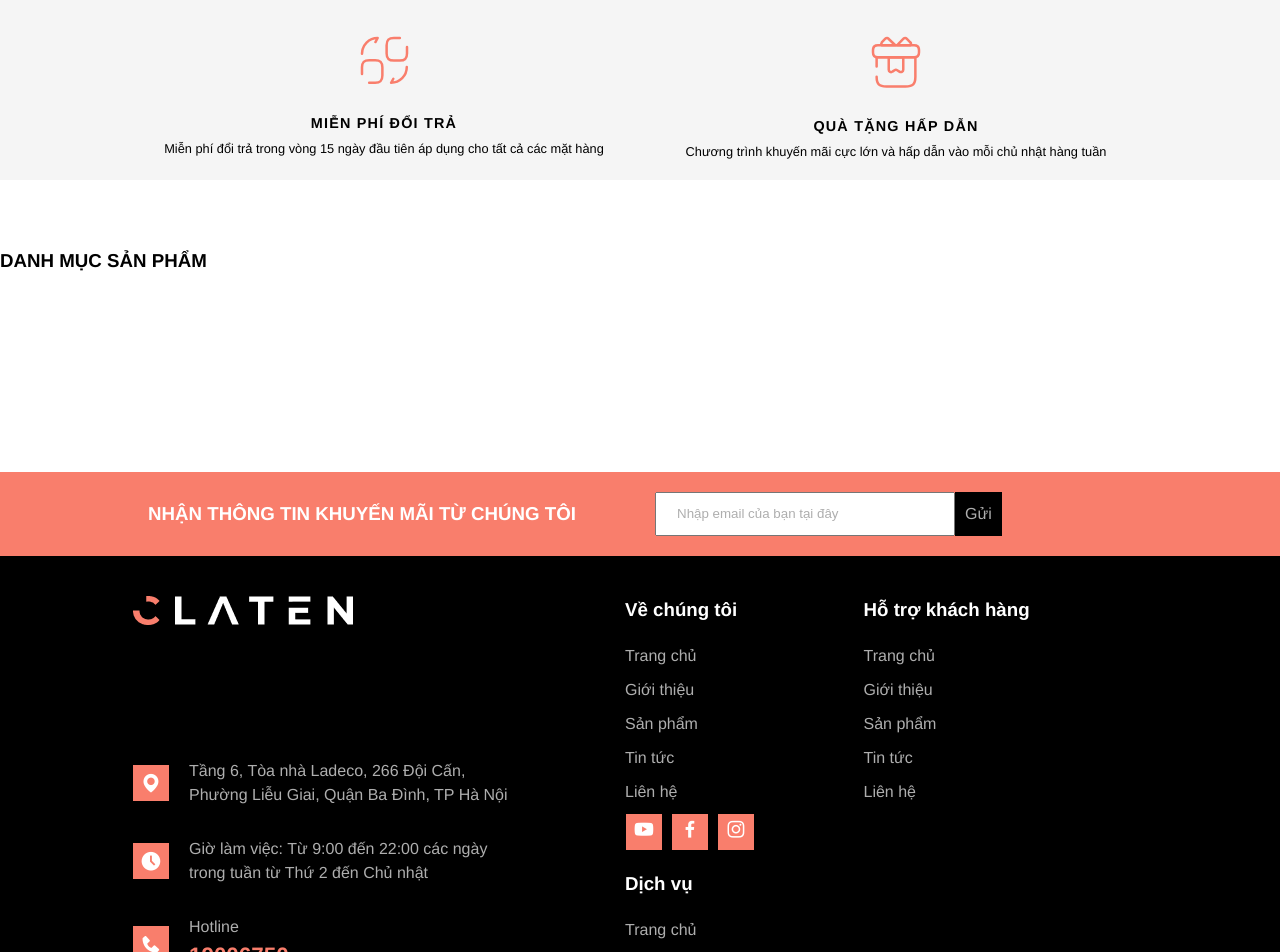
Repository: RennoPMXK/doan
Page: index.html
An editor plug-in stored every save of this project. The page is shown before and after the next save, followed by the edit.
The browser window is 1280 px wide. The pictures show the part of the page from y = 715 to 1667 px (the page is 1813 px tall before and 1818 px after).

Above is the page before, as saved 2021-11-16 20:21:16.

### index.html
<!DOCTYPE html>
<html lang="en">
<head>
    <meta charset="UTF-8">
    <meta http-equiv="X-UA-Compatible" content="IE=edge">
    <meta name="viewport" content="width=device-width, initial-scale=1.0">
    <title>Document</title>
    <link rel="stylesheet" href="./grid.css">
    <link rel="stylesheet" href="./style.css">
    <link rel="stylesheet" href="./responsible.css">
    <link href='https://unpkg.com/boxicons@2.0.9/css/boxicons.min.css' rel='stylesheet'>
</head>
<body>
    <div class="navbar">
        <div class="navbar-wrapper">
            <a class="logo">
                <img src="./img/logo.png" alt="">
            </a>

            <div class="navbar-menu mobile-menu">
                <i class='bx bx-x mobile-close-icon'></i>
                <li class="navbar-menu-item"><a class = 'active' href="#">Trang chủ</a></li>
                <li class="navbar-menu-item"><a href="#">Giới thiệu</a></li>
                <li class="navbar-menu-item"><a href="#">Sản phẩm <i class='bx bxs-down-arrow navbar-menu-icon'></i></a>
                    <ul class="navbar-sub-menu">
                        <li class="navbar-sub-menu-item"><a href="">Đồng hồ nam</a></li>
                        <li class="navbar-sub-menu-item"><a href="">Đồng hồ nữ</a></li>
                        <li class="navbar-sub-menu-item"><a href="">Đồng hồ mới về</a></li>
                        <li class="navbar-sub-menu-item"><a href="">Phụ kiện nam</a></li>
                        <li class="navbar-sub-menu-item"><a href="">Phụ kiện nữ</a></li>
                    </ul>
                </li>
                <li class="navbar-menu-item"><a href="#">Tin tức</a></li>
                <li class="navbar-menu-item"><a href="#">Liên hệ</a></li>
            </div>

            <div class="navbar-icon">
                 <li class="navbar-icon-item"><a href=""><i class='bx bx-search-alt'></i></a></li>
                 <li class="navbar-icon-item"><a href=""><i class='bx bx-user'></i></a></li>
                 <li class="navbar-icon-item"><a href="#"><i class='bx bx-shopping-bag bx-tada ' ></i></a></li>
                 <li class="navbar-icon-item"><a href="#"><i class='bx bx-menu-alt-right menu-icon'></i></a></li>

            </div>
        </div>
        <div class="modal"></div>
    </div>

    <div class="hero-section">

             <div class="bgimg slide-item fade" style="background-image: url(./img/1a\(32\).jpg)">
                 <div class="caption">
                     <h2 class="top-down delay-2">
                        ĐỒNG HỒ ROLEX

                     </h2>

                     <p class="top-down delay-4">
                       Lorem ipsum dolor sit amet consectetur adipisicing elit. Aut eligendi voluptates enim tempora cupiditate ex minus aperiam impedit maxime nam. Sunt neque amet veniam vitae adipisci impedit aliquam officia hic.
                     </p>

                     <button class="top-down delay-6">
                         MUA NGAY
                     </button>
                 </div>

             </div>


             <div class="bgimg slide-item fade" style="background-image: url(./img/dong-ho-thoi-trang-rolex-banner.jpg)">
                <div class="caption">
                    <h2>
                        ĐỒNG HỒ ROLEX
                    </h2>

                    <p>
                        Lorem ipsum dolor sit amet consectetur adipisicing elit. Aut eligendi voluptates enim tempora cupiditate ex minus aperiam impedit maxime nam. Sunt neque amet veniam vitae adipisci impedit aliquam officia hic.
                    </p>

                    <button>
                        MUA NGAY
                    </button>
                </div>

             </div>


             <div class="bgimg slide-item fade" style="background-image: url(./img/Banchay_Longines_banner-1024x427.jpg)">
                <div class="caption">
                    <h2>
                        ĐỒNG HỒ ROLEX
                    </h2>

                    <p>
                        Lorem ipsum dolor sit amet consectetur adipisicing elit. Aut eligendi voluptates enim tempora cupiditate ex minus aperiam impedit maxime nam. Sunt neque amet veniam vitae adipisci impedit aliquam officia hic.
                    </p>

                    <button>
                        MUA NGAY
                    </button>
                </div>

             </div>


             <div class="slide-control">
                <div class="slide-control-wrapper">
                    <span class="dot" onclick="chooseSlide(0)"></span>
                    <span class="dot"  onclick="chooseSlide(1)"></span>
                    <span class="dot" onclick="chooseSlide(2)" ></span>

                </div>
             </div>

    </div>

    <div class="hero-section-mini ">
        <div class="container row">
            <div class="hero-section-mini-item col-3 col-md-6 col-sm-6">
                <img src="./img/icon_service_1.svg" alt="">
                 <h3>VẬN CHUYỂN TOÀN CẦU</h3>
                 <p>Chúng tôi miễn phí vận chuyển tất cả đơn hàng trị giá trên 2.000.000Đ</p>
            </div>

            <div class="hero-section-mini-item col-3 col-md-6 col-sm-6">
               <img src="./img/icon_service_2.svg" alt="">
                <h3>HỖ TRỢ ONLINE 24/24</h3>
                <p>Chúng tôi luôn hỗ trợ khách hàng 24/24 tất cả ngày trong tuần</p>
           </div>

           <div class="hero-section-mini-item col-3 col-md-6 col-sm-6">
               <img src="./img/icon_service_3.svg" alt="">
                <h3>MIỄN PHÍ ĐỔI TRẢ</h3>
                <p>Miễn phí đổi trả trong vòng 15 ngày đầu tiên áp dụng cho tất cả các mặt hàng</p>
           </div>

           <div class="hero-section-mini-item col-3 col-md-6 col-sm-6">
               <img src="./img/icon_service_4.svg" alt="">
                <h3>QUÀ TẶNG HẤP DẪN</h3>
                <p>Chương trình khuyến mãi cực lớn và hấp dẫn vào mỗi chủ nhật hàng tuần</p>
           </div>

        </div>
    </div>

    <section class="product-list">
        <div class="section-title">
            <h3>DANH MỤC SẢN PHẨM</h3>
            <div></div>
        </div>
    </section>

    <div class="footer">
        <div class="footer-contact">
            <div class="container">
                <div class= "footer-contact-content row">
                    <h3 class="col-6 col-md-6 col-sm-12">NHẬN THÔNG TIN KHUYẾN MÃI TỪ CHÚNG TÔI</h3>
                    <div class="form col-6 col-md-6 col-sm-12">
                        <input type="text" placeholder="Nhập email của bạn tại đây"><a href="">Gửi</a></input>

                    </div>

                </div>

            </div>

         </div>
        <div class="container">

            <div class="wrapper row ">
                <div class="footer-logo row col-5 col-md-6 col-sm-12">
                    <a class="footer-img">
                        <img src="./img/logo.png" alt="">
                    </a>

                    <ul class="footer-des">
                           <li class="footes-des-item">
                               <div class="footer-des-icon">
                                    <i class='bx bxs-map'></i>
                               </div>
                               <p>Tầng 6, Tòa nhà Ladeco, 266 Đội Cấn,<br> Phường Liễu Giai, Quận Ba Đình, TP Hà Nội</p>
                           </li>
                           <li class="footes-des-item">
                                <div class="footer-des-icon">
                                    <i class='bx bxs-time-five' ></i>
                                </div>
                               <p>Giờ làm việc: Từ 9:00 đến 22:00 các ngày <br>trong tuần từ Thứ 2 đến Chủ nhật</p>
                           </li>
                           <li class="footes-des-item">
                            <div class="footer-des-icon">
                                <i class='bx bxs-phone' ></i>
                             </div>
                               <p>Hotline<br>
                                   <span>19006750</span>
                               </p>
                           </li>
                    </ul>
                </div>

                <div class="footer-menu row col-7 col-md-6 col-sm-12">
                     <div class="footer-menu-item col-4 col-md-6 col-sm-12">
                         <h3>Về chúng tôi</h3>
                         <ul>
                            <li><a href="">Trang chủ</a></li>
                            <li><a href="">Giới thiệu</a></li>
                            <li><a href="">Sản phẩm</a></li>
                            <li><a href="">Tin tức</a></li>
                            <li><a href="">Liên hệ</a></li>
                         </ul>

                         <div class="footer-social">
                            <li><a href=""><i class='bx bxl-youtube' ></i></a></li>
                            <li><a href=""><i class='bx bxl-facebook' ></i></a></li>
                            <li><a href=""><i class='bx bxl-instagram' ></i></a></li>
                       </div>
                     </div>

                     <div class="footer-menu-item col-4 col-md-6 col-sm-12">
                        <h3>Hỗ trợ khách hàng</h3>
                        <ul>
                           <li><a href="">Trang chủ</a></li>
                           <li><a href="">Giới thiệu</a></li>
                           <li><a href="">Sản phẩm</a></li>
                           <li><a href="">Tin tức</a></li>
                           <li><a href="">Liên hệ</a></li>
                        </ul>
                    </div>

                    <div class="footer-menu-item col-4 col-md-6 col-sm-12">
                        <h3>Dịch vụ</h3>
                        <ul>
                           <li><a href="">Trang chủ</a></li>
                           <li><a href="">Giới thiệu</a></li>
                           <li><a href="">Sản phẩm</a></li>
                           <li><a href="">Tin tức</a></li>
                           <li><a href="">Liên hệ</a></li>
                        </ul>
                    </div>



                </div>


            </div>
        </div>
    </div>


    <script src="./app.js"></script>
</body>
</html>

### grid.css
.row {
    display: flex;
    flex-wrap: wrap;
    margin: 0 -15px;
}

[class*="col-"] {
    padding: 0 15px;
}

.col-1 {
    width: 8.33%;
}

.col-2 {
    width: 16.66%;
}

.col-3 {
    width: 25%;
}

.col-4 {
    width: 33.33%;
}

.col-5 {
    width: 41.66%;
}

.col-6 {
    width: 50%;
}

.col-7 {
    width: 58.33%;
}

.col-8 {
    width: 66.66%;
}

.col-9 {
    width: 75%;
}

.col-10 {
    width: 83.33%;
}

.col-11 {
    width: 91.66%;
}

.col-12 {
    width: 100%;
}

/* MEDIUM SCREEN */

@media only screen and (max-width: 1280px) {
    .col-md-1 {
        width: 8.33%;
    }

    .col-md-2 {
        width: 16.66%;
    }

    .col-md-3 {
        width: 25%;
    }

    .col-md-4 {
        width: 33.33%;
    }

    .col-md-5 {
        width: 41.66%;
    }

    .col-md-6 {
        width: 50%;
    }

    .col-md-7 {
        width: 58.33%;
    }

    .col-md-8 {
        width: 66.66%;
    }

    .col-md-9 {
        width: 75%;
    }

    .col-md-10 {
        width: 83.33%;
    }

    .col-md-11 {
        width: 91.66%;
    }

    .col-md-12 {
        width: 100%;
    }
}

/* SMALL SCREEN */

@media only screen and (max-width: 850px) {
    .col-sm-1 {
        width: 8.33%;
    }

    .col-sm-2 {
        width: 16.66%;
    }

    .col-sm-3 {
        width: 25%;
    }

    .col-sm-4 {
        width: 33.33%;
    }

    .col-sm-5 {
        width: 41.66%;
    }

    .col-sm-6 {
        width: 50%;
    }

    .col-sm-7 {
        width: 58.33%;
    }

    .col-sm-8 {
        width: 66.66%;
    }

    .col-sm-9 {
        width: 75%;
    }

    .col-sm-10 {
        width: 83.33%;
    }

    .col-sm-11 {
        width: 91.66%;
    }

    .col-sm-12 {
        width: 100%;
    }
}

### style.css
:root {
    --orangeprime : #F97E6C;
    --blackrgba : rgba(0, 0, 0, 0.945);
    --footer-color : #AEAEAE;
    --mini-hero-color : #f5f5f5;
}

html {
box-sizing: border-box;
}
*{
margin: 0;
padding: 0;
}
*,*:before,*:after {
box-sizing: border-box;
}
input,
textarea,
select,
button{
outline: none;
}
input{
line-height: normal;
}
label,
button{
cursor: pointer;
}
a {
text-decoration: none;

}
img {
display: block;

}

ul{
    list-style-type: none;
}

body {
    font-family: Montserrat,"Helvetica Neue",Helvetica;
}

span {
    color: var(--orangeprime);
    cursor: pointer;
    transition : all 0.3s linear;
    font-size: 1.4rem;
    font-weight: bold;
}

span:hover {
    color : white
}

li {
    list-style-type: none;
}

section {
    margin-top: 70px;
}

.container {
    margin : 0 auto;
    padding: 0 10%;
}
/* navbar */

.navbar {
    background-color: black;
    position: relative;

}

.navbar-wrapper {
   padding : 20px 0px;
   display: flex;
   align-items: center;
   justify-content: space-evenly;
}

.navbar-menu {
    display: flex;
    list-style-type: none;
}

.navbar-menu-icon {
    font-size: 0.5rem;
    transform: translateY(-2.5px);
    transition : 0.2s linear;
}

.navbar-menu-icon{
    transition: 0.2s ease-in-out;
}

.navbar-menu-icon.active {
    transform: rotate(-180deg);
}

.navbar-menu-item {
    position: relative;
}

.navbar-menu-item a.active {
    color: var(--orangeprime);
}

.navbar-menu-item ~ .navbar-menu-item {
    margin-left: 30px;
}

.navbar-menu-item a {
    color: white;
    font-size: 1rem;
    transition: 0.2s ease-in-out;
    letter-spacing: 1px;
}


.navbar-menu-item a:hover {
    color : var(--orangeprime);
}

.navbar-menu-item:nth-child(3) {
    position: relative;
}



.navbar-sub-menu{
    width: 150px;
    position: absolute;
    list-style-type: none;
    padding : 20px;
    background-color: var(--blackrgba);
    top: 30px;
    z-index: 100;
    display : none;
    transition: all 0.2s ease-in-out;
}


.navbar-menu-item:active .navbar-sub-menu {
    display : block;
    top: 30px;
}




.navbar-sub-menu-item {
   margin : 10px 0;
}

.navbar-sub-menu.active {
    display : block;
}

.navbar-sub-menu-item a {
    font-size: 0.8rem;
    letter-spacing: 1.2px;
}

.navbar-icon {
    display: flex;
    list-style-type: none;
}

.navbar-icon-item ~ .navbar-icon-item {
    margin-left: 25px;
}

.navbar-icon-item a {
    color : white;
    font-size: 1.5rem;
    transition: 0.2s ease-in-out;
}

.navbar-icon-item a:hover {
    color : var(--orangeprime);
}

.navbar-icon-item:last-child {
    display: none;
}

.mobile-close-icon {
    display: none;
}

/* section-hero */

.hero-section {
    position: relative;
    height: 70vh;
}


.bgimg {
    height: 100%;
    position: relative;
    background-position: center;
    background-repeat: no-repeat;
    background-size: cover;
    display: flex;
}

.bgimg::after {
    content : '\A';
    position : absolute;
    width: 100%;
    height : 100%;
    top: 0;
    left : 0;
    background-color: rgba(0, 0, 0, 0.8);
}

.caption {
    position: absolute;
    top: 48%;
    left: 25%;
    transform: translate(-50% , -50%) ;
    text-align: left;
    z-index: 10;
    width: 34.7%;
}

.caption h2 {
    line-height: 1.5;
    color: white;
    margin-bottom: 20px;
    text-transform: uppercase;
    font-size: 2.1rem;
    letter-spacing: 1.2px;
}

.caption p {
    text-align: left;
    color : white;
    font-size: 1.2rem;
    letter-spacing: 1.2px;
    line-height: 1.5;
}

.caption button {
    background-color: white;
    border: 1px solid  transparent;
    color : red;
    padding : 10px 40px;
    font-size: 16px;
    font-weight: bold;
    text-transform: uppercase;
    margin-top: 30px;
    transition : background-color 0.5s ease , color 0.5s ease , width 0.6s;
}

.caption button:hover {
    color : white;
    cursor: pointer;
    background-color:  red;
}

.caption button:focus {
    outline : none;
}

.dot {
    cursor: pointer;
    height: 10px;
    width: 10px;
    margin: 0 2px;
    background-color: white;
    border-radius: 5px;
    display: inline-block;
}

.dot:hover {
    background-color: red;
}

.dot.active {
    background-color: red;
    width: 30px;
}

.slide-control {
    position: absolute;
    left: 50%;
    transform : translateX(-50%);
    bottom: 20px;
    width: 10px;
    text-align: center;
}

.slide-control-wrapper{
    display: inline-flex;
}

.slide-item {
    display: none;
}


.top-down {
    transform: translateY(-50px);
    visibility: hidden;
    opacity: 0;
    transition: 0.5s ease-in-out ;
}

.delay-2 {
    transition-delay: 0.2s;
}

.delay-4 {
    transition-delay: 0.4s;
}


.delay-6 {
    transition-delay: 0.6s;
}


.delay-8 {
    transition-delay: 0.8s;
}

.slide-item.active .top-down{
    transform: translateY(0);
    visibility: visible;
    opacity: 1;
}

/* mini hero section */

.hero-section-mini{
   background-color: var(--mini-hero-color);
}

.hero-section-mini-item {
    display: flex;
    padding : 20px 30px;
    gap: 10px;
    flex-direction:column;
    align-items: center;
    text-align: center;
}

.hero-section-mini-item img {
    margin-bottom: 20px;
    transition: 0.3s linear;
}

.hero-section-mini-item:hover img {
    transform: translateY(-10px);
}

.hero-section-mini-item h3 {
   font-size: 0.9rem;
   letter-spacing: 1.2px;
}

.hero-section-mini-item p {
   font-size: 0.8rem;
   line-height: 1.2;
}

/* product-list */




/* footer */
.footer {
    color: var(--footer-color);
    margin-top: 200px;
    background-color: black;
    line-height: 1.5;
}

.footer-contact {
    background-color: var(--orangeprime);


}

.footer-contact h3 {
  color :white;
}

.footer-contact-content {
    padding : 20px;
    display: flex;
    justify-content: space-around;
    align-items: center;
    flex-wrap: wrap;
}

.form input {
    padding: 10px 20px;
    width: 300px;
}

.form a {
    padding: 10px;
    background-color: black;
    color : white;
}

.form {
    display: flex;
    flex-wrap: nowrap;
}

::placeholder {
    color: var(--footer-color);
}

.footer a {
    color: var(--footer-color);
    transition : 0.3s linear;
}

.footer a:hover {
    color: var(--orangeprime);
}

.footer-menu h3 {
    margin-top: 20px;
    color : white;
    margin-bottom: 20px;
}

.wrapper {
    padding: 20px;
    position: relative;
}


.footes-des-item {
    margin-top: 30px;
    display : flex;
    align-items: center;
}

.footer-des-icon {
    display : flex;
    align-items: center;
    justify-content:center;
    width: 36px;
    height : 36px;
    background-color: var(--orangeprime);
    margin-right: 20px;
}

.footer-des-icon i {
    font-size: 1.4rem;
    color : white;

}


.footer-menu-item li {
    margin-top: 10px;
}

.footer-social {
    display : flex;
    transform: translateX(-9px);
}

.footer-img{
    margin-top: 20px;
}

.footer-social li  {
    display : flex;
    align-items: center;
    justify-content:center;
    text-align: center;
    margin-left: 10px;
    width: 36px;
    height : 36px;
    background-color: var(--orangeprime);
}

.footer-social li a {
   color : white;
   font-size: 1.4rem;
}

.footer-social li:hover a {
    color : white;
 }

 /* fade animation */

 .fade {
     animation-name: fade;
     animation-duration: 1s;
     -webkit-animation-name: fade;
     -webkit-animation-duration: 1s;
 }

 @keyframes fade {
     from { opacity: 0.4
    } to {
        opacity: 1
    }
 }

 @-webkit-keyframes fade {
    from { opacity: 0.4
   } to {
       opacity: 1
   }
}

### responsible.css


/* Tablet */

@media only screen and (max-width: 1024px){
   .navbar-menu {
       display: none;

   }

   .navbar-wrapper {
        justify-content: space-around;
   }


   .navbar-icon-item:last-child {
        display: block;
   }


   .navbar-menu {
    padding : 20px;
    width: 40vw;
    background-color: black;
    display: block;
    position: fixed;
    top: 60px;
    left: 0;
    height: 100vh;
    min-width: 300px;
}

    .navbar-menu-item {
        margin-left: 30px;
        padding: 20px;
    }

    .navbar-sub-menu{
        position: initial;
    }


    .mobile-menu {
        transform : translateX(-100%);
        transition: 0.4s ease-in-out;
        z-index: 100;
    }

    .mobile-menu.active {
        transform : translateX(0);
    }

    .modal {
        display: none;
        position: fixed;
        top: 0;
        bottom: 0;
        right: 0;
        left: 0;
        background-color: rgba(14, 13, 13, 0.6);
    }

    .modal.active {
        display : block
    }

    .mobile-close-icon {
        cursor: pointer;
        font-size: 1.5rem;
        display: block;
        color: white;
        position: absolute;
        top: 5px;
        right:10px;
    }


}


/* Mobile */

@media only screen and (max-width: 740px) {
  .logo img{
      height: 15px;
      transform: translateY(-9px);
  }

  .navbar-icon-item a {
    color : white;
    font-size: 1.2rem;
    transition: 0.2s ease-in-out;
  }

  .navbar-icon-item a:hover {
    color : white;
  }

  .caption {
      width: 40%;
      text-align: left;
  }

  .caption h2 {
      font-size: 1.8rem;
  }

  .caption p {
      font-size: 0.9rem;
  }

  .caption button {
      font-size: 0.8rem;
      width: 100%;

  }

}

Loaded but not shown: app.js (101 lines, source omitted)

After the next save:
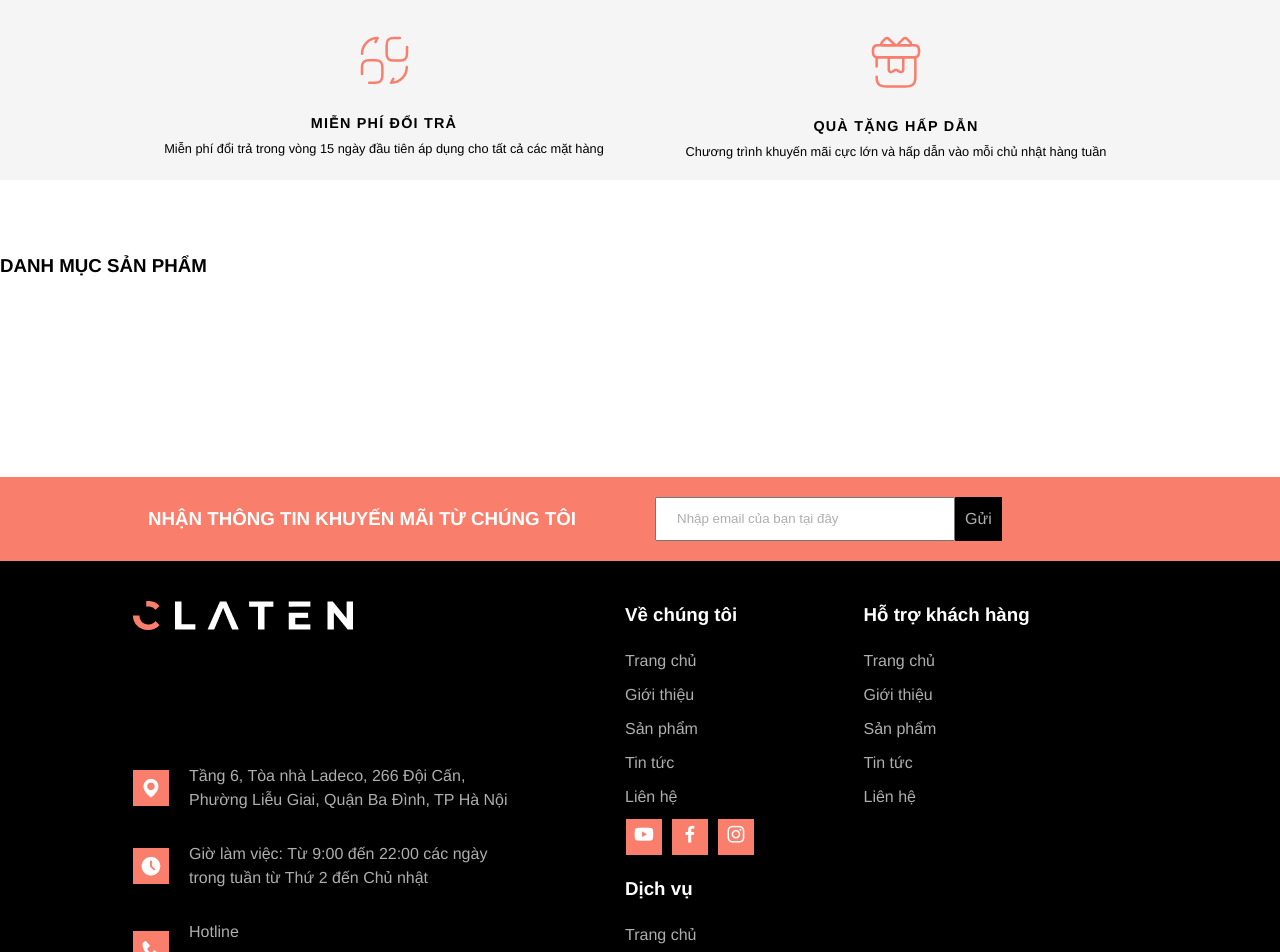
Saved 6 s later.
--- a/style.css
+++ b/style.css
@@ -62,7 +62,7 @@ li {
 }
 
 section {
-    margin-top: 70px;
+    margin-top: 75px;
 }
 
 .container {
